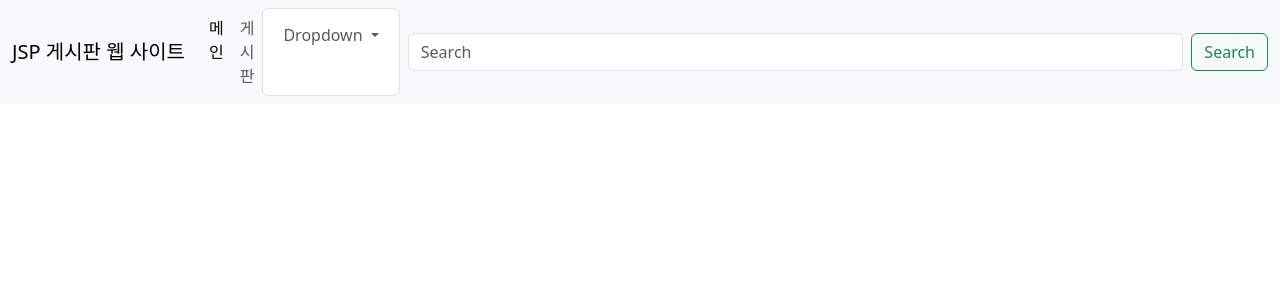
Repository: jeongjimin0/Jeongjimin
Page: http://localhost/WebTest/login.jsp
These files come from the project's save history. The page is drawn as it stood at one moment and after the next save; the edit follows.
The browser window is 1280 px wide. The pictures show the whole page.
The page is served by Tomcat 9. Other server files are loaded and not shown.

Above is the page before, as saved 2023-02-27 14:06:50.

### projects/WebTest/src/main/webapp/login.jsp
<%@ page language="java" contentType="text/html; charset=UTF-8"
    pageEncoding="UTF-8"%>
<!DOCTYPE html>
<html>
<head>
<meta charset="UTF-8">
<meta name="viewport" content="width=device-width", initial-scale="1">
<link rel="stylesheet" href="css/bootstrap.css">
<title>JSP 게시판 웹 사이트</title>
</head>
<body>
<nav class="navbar navbar-expand-lg bg-body-tertiary">
  <div class="container-fluid">
    <a class="navbar-brand">JSP 게시판 웹 사이트</a>
    <div class="collapse navbar-collapse" id="navbarSupportedContent">
      <ul class="navbar-nav me-auto mb-2 mb-lg-0">
        <li class="nav-item">
          <a class="nav-link active" aria-current="page" href="#">메인</a>
        </li>
        <li class="nav-item">
          <a class="nav-link" href="#">게시판</a>
        </li>

        <div class="form-control me-2">
        <li class="nav-item dropdown">
          <a class="nav-link dropdown-toggle" href="#" role="button" data-bs-toggle="dropdown" aria-expanded="false">
            Dropdown
          </a>
          <ul class="dropdown-menu">
            <li><a class="dropdown-item" href="#">Action</a></li>
            <li><a class="dropdown-item" href="#">Another action</a></li>
            <li><hr class="dropdown-divider"></li>
            <li><a class="dropdown-item" href="#">Something else here</a></li>
          </ul>
        </li>
      </ul>
      </div>



        <input class="form-control me-2" type="search" placeholder="Search" aria-label="Search">
        <button class="btn btn-outline-success" type="submit">Search</button>
      </form>
    </div>
  </div>
</nav>

<script src="https://cdn.jsdelivr.net/npm/bootstrap@5.3.0-alpha1/dist/js/bootstrap.bundle.min.js" integrity="sha384-w76AqPfDkMBDXo30jS1Sgez6pr3x5MlQ1ZAGC+nuZB+EYdgRZgiwxhTBTkF7CXvN" crossorigin="anonymous"></script>
</body>
</html>

Loaded but not shown: projects/WebTest/src/main/webapp/css/bootstrap.css (library)

After the next save:
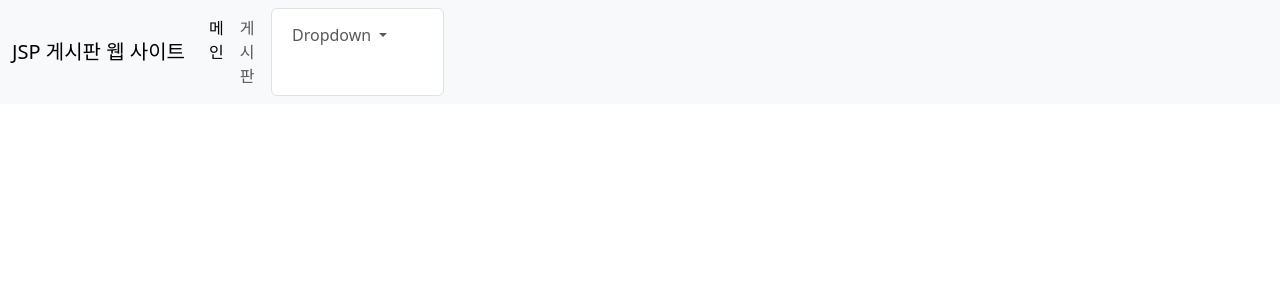
Saved 31 s later.
--- a/projects/WebTest/src/main/webapp/login.jsp
+++ b/projects/WebTest/src/main/webapp/login.jsp
@@ -37,12 +37,8 @@
       </div>
 
 
-
-        <input class="form-control me-2" type="search" placeholder="Search" aria-label="Search">
-        <button class="btn btn-outline-success" type="submit">Search</button>
-      </form>
     </div>
-  </div>
+    </div>
 </nav>
 
 <script src="https://cdn.jsdelivr.net/npm/bootstrap@5.3.0-alpha1/dist/js/bootstrap.bundle.min.js" integrity="sha384-w76AqPfDkMBDXo30jS1Sgez6pr3x5MlQ1ZAGC+nuZB+EYdgRZgiwxhTBTkF7CXvN" crossorigin="anonymous"></script>
